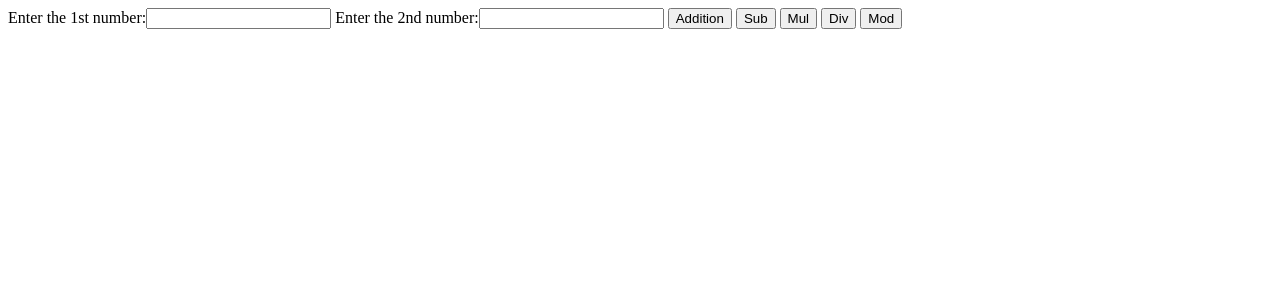
Repository: Tarun-raj1999/MyProjects
Page: Projects/AJproject2/src/main/webapp/index.html
The author's editor kept a copy of each file at every save. The page is drawn from the files as they stood at one save, then again after the next save.
The browser window is 1280 px wide. The pictures show the whole page.

Above is the page before, as saved 2024-07-11 09:44:06.

After the next save:
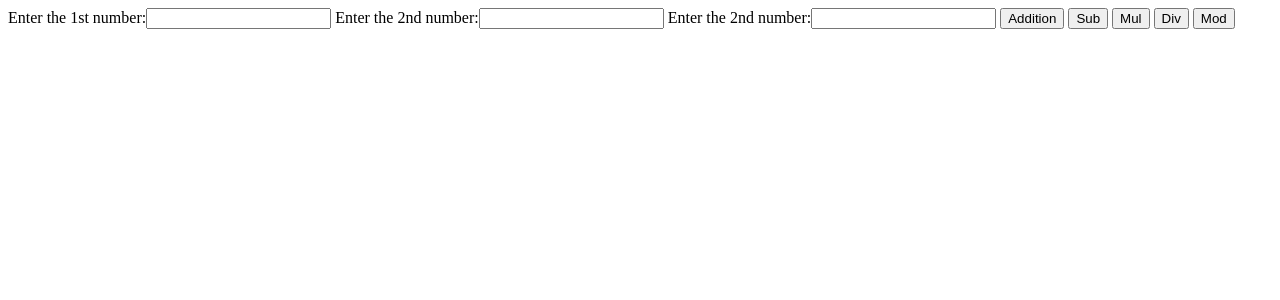
Saved 45 s later.
--- a/Projects/AJproject2/src/main/webapp/index.html
+++ b/Projects/AJproject2/src/main/webapp/index.html
@@ -8,6 +8,7 @@
 <form action="add" method="get">
 Enter the 1st number:<input type="text" name="num1"/>
 Enter the 2nd number:<input type="text" name="num2"/>
+Enter the 2nd number:<input type="text" name="add"/>
 <button type="submit" name="Add">Addition</button>
 <button type="submit" name="Sub">Sub</button>
 <button type="submit" name="Mul">Mul</button>

After the save that followed:
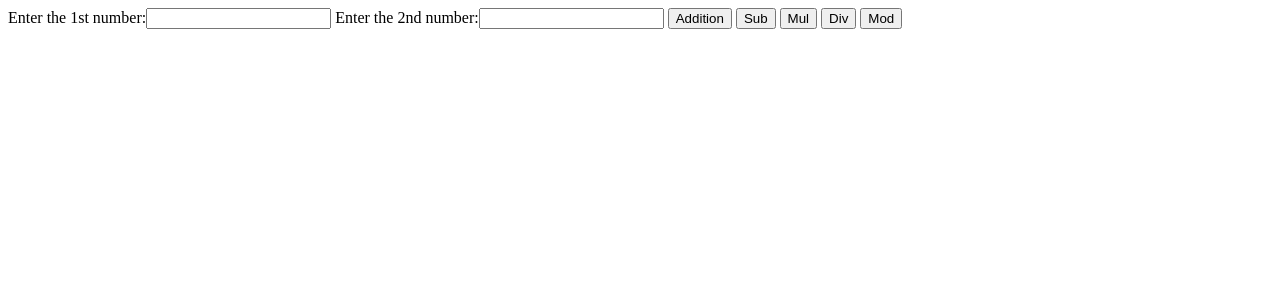
Saved 2 min 4 s later.
--- a/Projects/AJproject2/src/main/webapp/index.html
+++ b/Projects/AJproject2/src/main/webapp/index.html
@@ -8,7 +8,7 @@
 <form action="add" method="get">
 Enter the 1st number:<input type="text" name="num1"/>
 Enter the 2nd number:<input type="text" name="num2"/>
-Enter the 2nd number:<input type="text" name="add"/>
+
 <button type="submit" name="Add">Addition</button>
 <button type="submit" name="Sub">Sub</button>
 <button type="submit" name="Mul">Mul</button>
